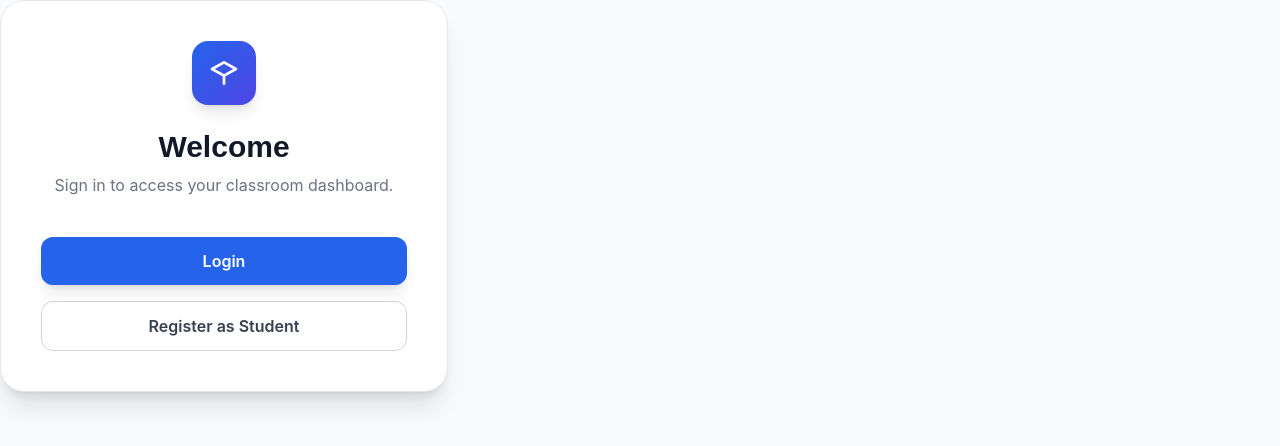
Repository: Chocovcandy/Classroom_Management_System
Page: http://localhost/Login_page
These files come from the project's save history. The page is drawn as it stood at one moment and after the next save; the edit follows.
The browser window is 1280 px wide. The pictures show the whole page.
Some web libraries are served in a nearby version. The page is served by the project's Laravel application, run on PHP 8.4 with Laravel 12.

Above is the page before, as saved 2026-08-13 22:49:21.

After the next save:
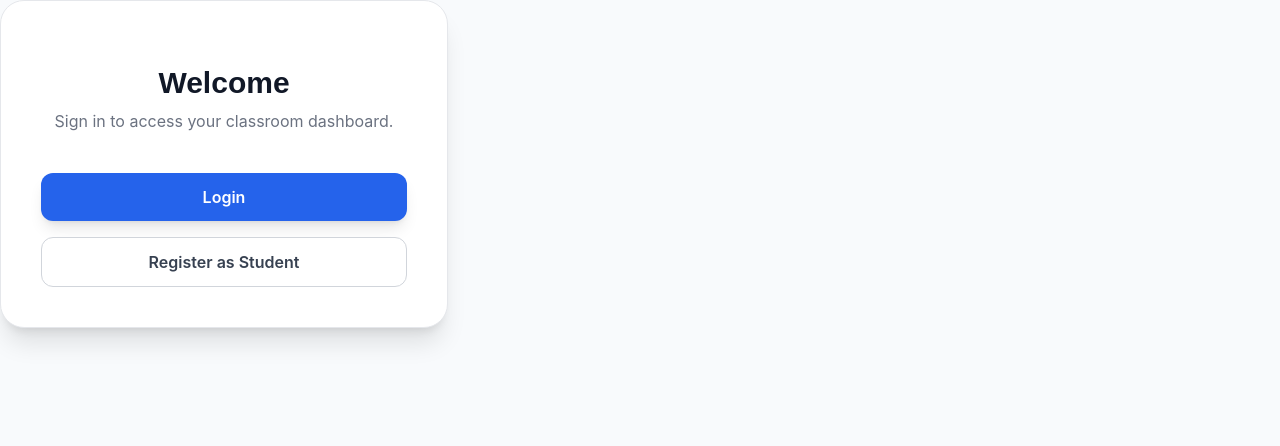
Saved 33 s later.
--- a/resources/views/Login_page.blade.php
+++ b/resources/views/Login_page.blade.php
@@ -31,16 +31,7 @@
                         <!-- Header -->
                         <div class="text-center">
 
-                            <div
-                                class="mx-auto flex h-16 w-16 items-center justify-center rounded-2xl bg-gradient-to-br from-blue-600 to-indigo-600 shadow-lg">
-                                <svg xmlns="http://www.w3.org/2000/svg" class="h-8 w-8 text-white" fill="none"
-                                    viewBox="0 0 24 24" stroke="currentColor">
 
-                                    <path stroke-linecap="round" stroke-linejoin="round" stroke-width="2"
-                                        d="M12 14l9-5-9-5-9 5 9 5zm0 0v6m0-6L3 9m9 5l9-5" />
-
-                                </svg>
-                            </div>
 
                             <h2 class="mt-6 text-3xl font-bold text-gray-900">
                                 Welcome
